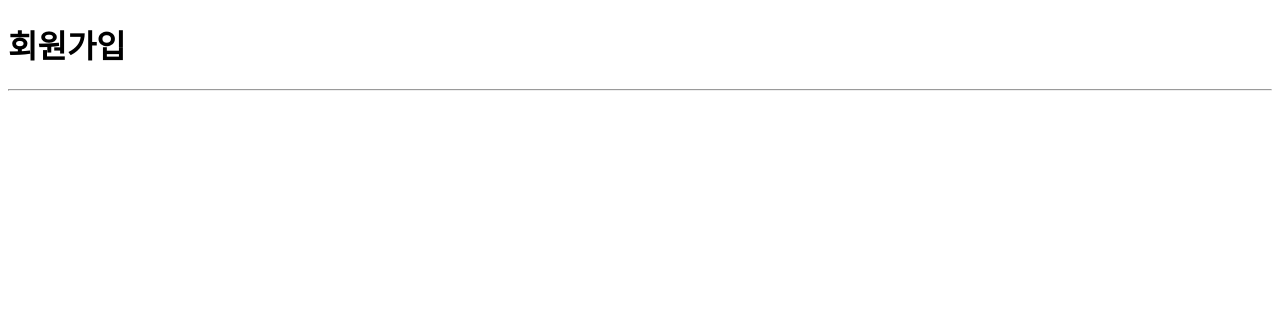
Repository: ParkHyeonju12/servlet
Page: http://localhost/05_mvc1Project/jsp/joinFrm.jsp
The author's editor kept a copy of each file at every save. The page is drawn from the files as they stood at one save, then again after the next save.
The browser window is 1280 px wide. The pictures show the whole page.
The page is served by Tomcat 9. Other server files are loaded and not shown.

Above is the page before, as saved 2022-08-30 08:22:01.

### web-workspace/05_mvc1Project/src/main/webapp/jsp/joinFrm.jsp
<%@page import="kr.or.iei.member.model.service.MemberService"%>
<%@page import="kr.or.iei.member.model.vo.Member"%>
<%@ page language="java" contentType="text/html; charset=UTF-8"
    pageEncoding="UTF-8"%>
     <%
    //인코딩
    request.setCharacterEncoding("utf-8");
    //값추출
    //비지니스로직
    MemberService service = new MemberService();
    //결과처리
    %>
<!DOCTYPE html>
<html>
<head>
<meta charset="UTF-8">
<title>Insert title here</title>
</head>
<body>
	<h1>회원가입</h1>
	<hr>
	<form action="/jsp/join.jsp"></form>
</body>
</html>

### web-workspace/05_mvc1Project/src/main/java/kr/or/iei/member/model/service/MemberService.java
package kr.or.iei.member.model.service;

import java.sql.Connection;
import java.util.ArrayList;

import common.JDBCTemplate;
import kr.or.iei.member.model.dao.MemberDao;
import kr.or.iei.member.model.vo.Member;

public class MemberService {
	private MemberDao dao;


	public MemberService() {
		super();
		dao = new MemberDao();
	}


	public int insertMember(Member m) {
		Connection conn = JDBCTemplate.getConnection();
		int result = dao.insertMember(conn,m);
		if(result>0) {
			JDBCTemplate.commit(conn);
		}else {
			JDBCTemplate.rollback(conn);
		}
		JDBCTemplate.close(conn);
		return result;
	}


	public ArrayList<Member> selectAllMember() {
		Connection conn = JDBCTemplate.getConnection();
		ArrayList<Member> list = dao.selectAllMember(conn);
		JDBCTemplate.close(conn);
		return list;
	}


	public Member serchIDMember(String memberId) {
		Connection conn = JDBCTemplate.getConnection();
		Member m = dao.serchIdMember(conn,memberId);
		JDBCTemplate.close(conn);
		return m;
	}

}

### web-workspace/05_mvc1Project/src/main/java/kr/or/iei/member/model/dao/MemberDao.java
package kr.or.iei.member.model.dao;

import java.sql.Connection;
import java.sql.PreparedStatement;
import java.sql.ResultSet;
import java.sql.SQLException;
import java.util.ArrayList;

import common.JDBCTemplate;
import kr.or.iei.member.model.vo.Member;

public class MemberDao {

	public int insertMember(Connection conn, Member m) {
		PreparedStatement pstmt = null;
		int result = 0;
		String query = "insert into member_tbl values("
				+"member_seq.nextval,"
				+ "?,?,?,?,?,3,"
				+ "to_char(sysdate,'yyyy-mm-dd'))";

		try {
			pstmt = conn.prepareStatement(query);
			pstmt.setString(1, m.getMemberId());
			pstmt.setString(2, m.getMemberPw());
			pstmt.setString(3, m.getMemberName());
			pstmt.setString(4, m.getMemberPhone());
			pstmt.setString(5, m.getMemberAddr());
			result = pstmt.executeUpdate();
		}catch(SQLException e) {
			e.printStackTrace();
		}finally {
			JDBCTemplate.close(pstmt);
		}
				return result;
	}

	public ArrayList<Member> selectAllMember(Connection conn){
		PreparedStatement pstmt = null;
		ResultSet rset = null;
		ArrayList<Member> list = new ArrayList<Member>();
		String query = "select * from member_tbl";
		try {
			pstmt = conn.prepareStatement(query);
			rset = pstmt.executeQuery();
			while(rset.next()) {
				Member m = new Member();
				m.setMemberNo(rset.getInt("member_no"));
				m.setMemberId(rset.getString("member_id"));
				m.setMemberPw(rset.getString("member_pw"));
				m.setMemberName(rset.getString("member_name"));
				m.setMemberPhone(rset.getString("member_phone"));
				m.setMemberAddr(rset.getString("member_addr"));
				m.setMemberLevel(rset.getInt("member_level"));
				m.setEnrollDate(rset.getString("enroll_date"));
				list.add(m);


			}
		} catch (SQLException e) {
			// TODO Auto-generated catch block
			e.printStackTrace();
		}finally {
			JDBCTemplate.close(rset);
			JDBCTemplate.close(pstmt);
		}
		return list;
	}

	public Member serchIdMember(Connection conn, String memberId) {
		PreparedStatement pstmt = null;
		ResultSet rset = null;
		Member m = null;
		String query = "select * from member_tbl where member_id = ?";
		try {
			pstmt = conn.prepareStatement(query);
			pstmt.setString(1, memberId);
			rset = pstmt.executeQuery();
			if(rset.next()) {
				int memberNo = rset.getInt("member_no");
				String memberId2 = rset.getString("member_id");
				String memberPw = rset.getString("member_pw");
				String memberName = rset.getString("member_name");
				String memberPhone = rset.getString("member_phone");
				String memberAddr = rset.getString("member_addr");
				int memberLevel = rset.getInt("member_level");
				String enrollDate =rset.getString("enroll_date");
				m = new Member(memberNo, memberId2, memberPw,memberName,memberPhone,memberAddr,memberLevel,enrollDate);

			}
		} catch (SQLException e) {
			// TODO Auto-generated catch block
			e.printStackTrace();
		}finally {
			JDBCTemplate.close(rset);
			JDBCTemplate.close(pstmt);
		}

		return m;
	}




}

After the next save:
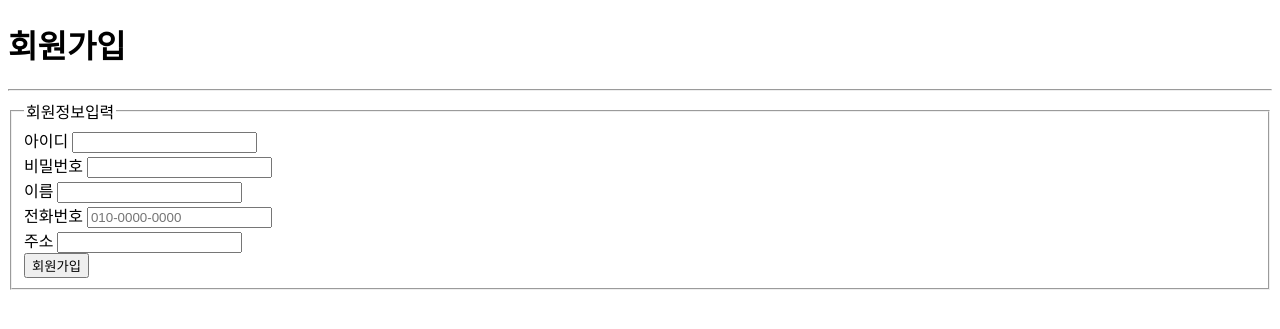
Saved 66 s later.
--- a/web-workspace/05_mvc1Project/src/main/webapp/jsp/joinFrm.jsp
+++ b/web-workspace/05_mvc1Project/src/main/webapp/jsp/joinFrm.jsp
@@ -19,6 +19,21 @@
 <body>
 	<h1>회원가입</h1>
 	<hr>
-	<form action="/jsp/join.jsp"></form>
+	<form action="/jsp/join.jsp">
+		<fieldset>
+			<legend>회원정보입력</legend>
+			<label for="memberId">아이디</label>
+			<input type="text" name="memberId" id="memberId"><br>
+			<label for="memberPw">비밀번호</label>
+			<input type="password" name="memberPw" id="memberPw"><br>
+			<label for="memberName">이름</label>
+			<input type="text" name="memberName" id="memberName"><br>
+			<label for="memberPhone">전화번호</label>
+			<input type="text" name="memberPhone" id="memberPhone" placeholder="010-0000-0000"><br>
+			<label for="memberAddr">주소</label>
+			<input type="text" name="memberAddr" id="memberAddr"><br>
+			<input type="submit" value="회원가입">
+		</fieldset>
+	</form>
 </body>
 </html>
